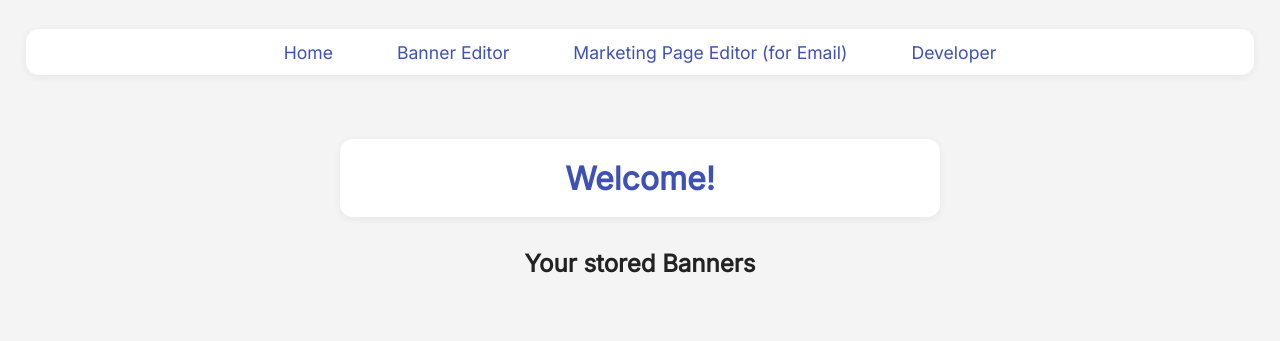
Repository: Yuravolontir/--Baner-Editor--
Page: dashboard.html
An editor plug-in stored every save of this project. The page is shown before and after the next save, followed by the edit.
The browser window is 1280 px wide. The pictures show the whole page.

Above is the page before, as saved 2025-07-17 19:01:38.

### dashboard.html
<!DOCTYPE html>
<html lang="en">
<head>
    <meta charset="UTF-8">
    <meta name="viewport" content="width=device-width, initial-scale=1.0">
    <title>Document</title>
    <link rel="stylesheet" href="/styles/dashboard.css">
    <script type="module" src="/scripts/dashboard.js"></script>
    <!--Google Fonts-->
 <link href="https://fonts.googleapis.com/css2?family=Be+Vietnam+Pro&family=DM+Sans&family=Figtree&family=Inter&family=Manrope&family=Outfit&family=Rubik&family=Space+Grotesk&family=Sora&family=Urbanist&display=swap" rel="stylesheet">
<link rel="preconnect" href="https://fonts.googleapis.com">
<link rel="preconnect" href="https://fonts.gstatic.com" crossorigin>
<link href="https://fonts.googleapis.com/css2?family=Bangers&family=Lobster+Two:ital,wght@0,400;0,700;1,400;1,700&family=Orbitron:wght@400..900&family=Silkscreen:wght@400;700&display=swap" rel="stylesheet">

<!-- Include html2canvas library for capturing the banner as an image-->
<script src="https://cdn.jsdelivr.net/npm/html2canvas@1.4.1/dist/html2canvas.min.js"></script>

</head>
<body>

<nav>
    <ul>
    <li><a href="/dashboard.html">Home</a></li>
    <li><a href="/banner.html">Banner Editor</a></li>
    <li><a href="/email.html">Marketing Page Editor (for Email)</a></li>
    <li><a href="/thanks-to-developer.html">Developer</a></li>
    </ul>
</nav>

<h1 id="welcome"></h1>
<h2 id="strored-banners">Your stored Banners</h2>
<div id="preview">

</div>
</body>
</html>

### styles/dashboard.css
:root {
  --font-main: 'Inter', sans-serif;
  --color-bg: #f4f4f4;
  --color-dark: #222;
  --color-accent: #3f51b5;
  --control-bg: #fff;
  --border-radius: 0.8rem;
  --spacing: 1rem;
}

* {
  margin: 0;
  padding: 0;
  box-sizing: border-box;
}

html, body {
  font-family: var(--font-main);
  background-color: var(--color-bg);
  color: var(--color-dark);
  height: 100%;
  min-height: 100vh;
}

body {
  display: flex;
  flex-direction: column;
  align-items: center;
  min-height: 100vh;
  padding: 4vh 2vw;
}

/* Navigation styling */
nav {
  width: 100%;
  margin-bottom: 2rem;
  background: var(--control-bg);
  box-shadow: 0 2px 8px rgba(0,0,0,0.06);
  border-radius: var(--border-radius);
  padding: 0.8rem 0;
  display: flex;
  justify-content: center;
}

nav ul {
  list-style: none;
  display: flex;
  gap: 2rem;
  padding: 0;
  margin: 0;
}

nav ul li a {
  text-decoration: none;
  color: var(--color-accent);
  font-size: 1.1rem;
  font-weight: 500;
  transition: color 0.2s;
  padding: 0.5rem 1rem;
  border-radius: 0.5rem;
}

nav ul li a:hover {
  background: #e3e7fa;
  color: #2c3e91;
}

/* Dashboard content */
h1#welcome {
  font-size: 2rem;
  font-weight: 700;
  margin-top: 2rem;
  margin-bottom: 2rem;
  text-align: center;
  color: var(--color-accent);
  background: var(--control-bg);
  padding: 1.2rem 2rem;
  border-radius: var(--border-radius);
  box-shadow: 0 2px 8px rgba(0,0,0,0.06);
  max-width: 600px;
  width: 100%;
}

/* Responsive styles */
@media (max-width: 768px) {
  body {
    padding: 2vh 1vw;
  }
  nav ul {
    gap: 1rem;
  }
  h1#welcome {
    font-size: 1.3rem;
    padding: 1rem 1vw;
    margin-top: 1rem;
    margin-bottom: 1rem;
  }
}

### scripts/dashboard.js




window.addEventListener("DOMContentLoaded", welcomeUser);
window.addEventListener("DOMContentLoaded", UsersBannersList);


function welcomeUser() {
    const welcome = document.getElementById("welcome");
    const name = localStorage.getItem('currentUser'); // <-- Get username
    welcome.textContent = name ? `Welcome, ${name}!` : "Welcome!";}



function UsersBannersList() {
    const storedUsersBanners = JSON.parse(localStorage.getItem('UsersBanners')) || [];
    const preview = document.getElementById("preview");
    preview.innerHTML = "";

    const currentUser = localStorage.getItem('currentUser');

    for (let i = 0; i < storedUsersBanners.length; i++) {
        const b = storedUsersBanners[i];
        if (b.username === currentUser)
            {
            const banner = document.createElement("div");
            banner.className = "banner";
            banner.style.width = b.width;
            banner.style.height = b.height;

            if (b.designstyle!== "default") {
                switch (b.designstyle) {
                    case "gradient1":
                        banner.style.background = "linear-gradient(to right, #ff7e5f, #feb47b)";
                        break;
                    case "gradient2":
                        banner.style.background = "linear-gradient(135deg, #ff6b6b, #6a00f4)";
                        break;
                    case "gradient3":
                        banner.style.background = "linear-gradient(to right, #0f2027, #203a43, #2c5364)";
                        break;
                }
            } else {
                banner.style.backgroundColor = b.backgroundcolor;
                banner.style.border = "1px solid black";
            }

            const heading = document.createElement("h1");
            heading.textContent = b.hedingtext;
            heading.style.color = b.headingcolor;
            heading.style.fontFamily = b.headingfont;
            heading.style.fontSize = b.headingfontsize + "px";
            heading.style.textAlign = "center";
            banner.appendChild(heading);

            const text = document.createElement("pre");
            text.textContent = b.maintext;
            text.style.color = b.textcolor;
            text.style.fontFamily = b.textfont;
            text.style.fontSize = b.textfontsize + "px";
            text.style.textAlign = "center";
            banner.appendChild(text);



            const outerDiv = document.createElement("div");
            const downloadbutton = document.createElement("button");
            const deletebutton = document.createElement("button");
            downloadbutton.textContent = "Download";
            deletebutton.textContent = "Delete";
            downloadbutton.className = "download-button";
            deletebutton.className = "delete-button";

            // Add event listener for the download button
            downloadbutton.addEventListener("click", () => {
                html2canvas(banner).then(canvas => {
                    const link = document.createElement("a");
                    link.download = "my-banner.png";
                    link.href = canvas.toDataURL();
                    link.click();
                });
            });
            // ----------------------------
            deletebutton.addEventListener("click", () => {
                storedUsersBanners.splice(i, 1);
                localStorage.setItem('UsersBanners', JSON.stringify(storedUsersBanners));
                UsersBannersList();
            });





            outerDiv.appendChild(banner);
            outerDiv.appendChild(downloadbutton);
            outerDiv.appendChild(deletebutton);

            preview.appendChild(outerDiv);










        }
    }
}

After the next save:
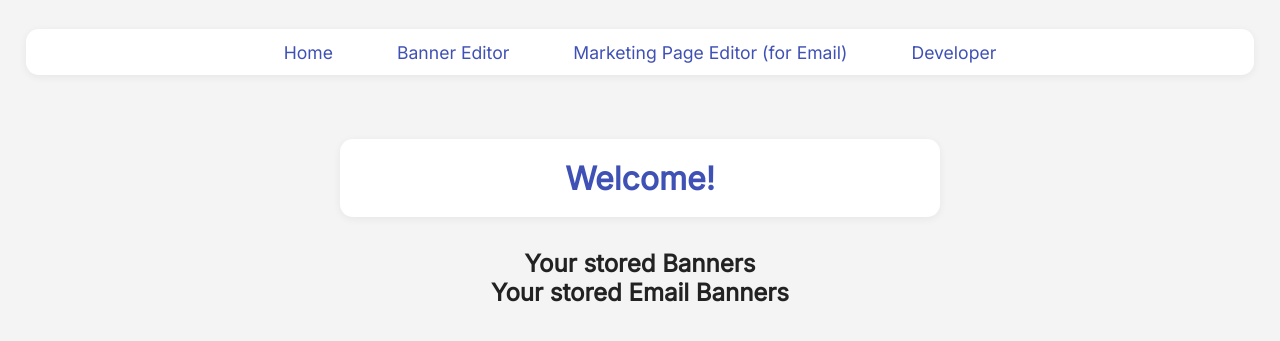
Saved 92 s later.
--- a/dashboard.html
+++ b/dashboard.html
@@ -28,9 +28,16 @@
 </nav>
 
 <h1 id="welcome"></h1>
+
 <h2 id="strored-banners">Your stored Banners</h2>
 <div id="preview">
 
 </div>
+
+<h2 id="strored-email-banners">Your stored Email Banners</h2>
+<div id="email-preview">
+
+</div>
+
 </body>
 </html>
